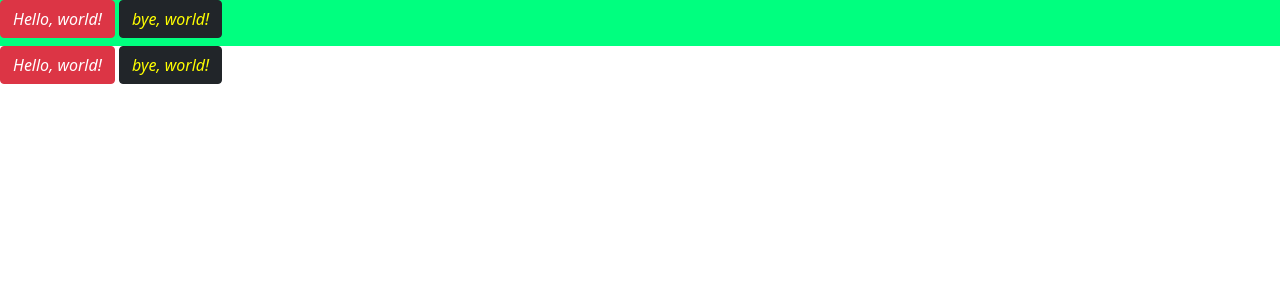
Repository: jaunnnngs/HackaTone
Page: http://localhost/StunProjects/
These files come from the project's save history. The page is drawn as it stood at one moment and after the next save; the edit follows.
The browser window is 1280 px wide. The pictures show the whole page.
The page is served by Tomcat 9. Other server files are loaded and not shown.

Above is the page before, as saved 2021-07-20 01:41:48.

### STUN_TEAM/StunProjects/src/main/webapp/index.jsp
<%@ page language="java" contentType="text/html; charset=UTF-8"
    pageEncoding="UTF-8"%>
<!doctype html>
<html lang="en">
  <head>
    <!-- Required meta tags -->
    <meta charset="utf-8">
    <meta name="viewport" content="width=device-width, initial-scale=1">

    <!-- Bootstrap CSS -->
    <link href="https://cdn.jsdelivr.net/npm/bootstrap@5.0.2/dist/css/bootstrap.min.css" rel="stylesheet" integrity="sha384-EVSTQN3/azprG1Anm3QDgpJLIm9Nao0Yz1ztcQTwFspd3yD65VohhpuuCOmLASjC" crossorigin="anonymous">

    <title>Hello, world!</title>

    <style>
    #hello /*아이디 설정  */
    {
    	color:white;
    }
    #bye
    {
    	color:yellow;
    }
    .btn/*클래스 설정  */
    {
    	font-style : italic
    }
    div.ldj
    {
    	background : springgreen
    }


    </style>
  </head>
  <body>
    <div class ="ldj">
    <h1 id="hello" class = "btn btn-danger">Hello, world!</h1>
    <h1 id="bye" class = "btn btn-dark">bye, world!</h1>
    </div>
    <div class ="lng">
    <h1 id="hello" class = "btn btn-danger">Hello, world!</h1>
    <h1 id="bye" class = "btn btn-dark">bye, world!</h1>
    </div>
    <!-- Optional JavaScript; choose one of the two! -->

    <!-- Option 1: Bootstrap Bundle with Popper -->
    <script src="https://cdn.jsdelivr.net/npm/bootstrap@5.0.2/dist/js/bootstrap.bundle.min.js" integrity="sha384-MrcW6ZMFYlzcLA8Nl+NtUVF0sA7MsXsP1UyJoMp4YLEuNSfAP+JcXn/tWtIaxVXM" crossorigin="anonymous"></script>

    <!-- Option 2: Separate Popper and Bootstrap JS -->
    <!--
    <script src="https://cdn.jsdelivr.net/npm/@popperjs/core@2.9.2/dist/umd/popper.min.js" integrity="sha384-IQsoLXl5PILFhosVNubq5LC7Qb9DXgDA9i+tQ8Zj3iwWAwPtgFTxbJ8NT4GN1R8p" crossorigin="anonymous"></script>
    <script src="https://cdn.jsdelivr.net/npm/bootstrap@5.0.2/dist/js/bootstrap.min.js" integrity="sha384-cVKIPhGWiC2Al4u+LWgxfKTRIcfu0JTxR+EQDz/bgldoEyl4H0zUF0QKbrJ0EcQF" crossorigin="anonymous"></script>
    -->
  </body>
</html>

After the next save:
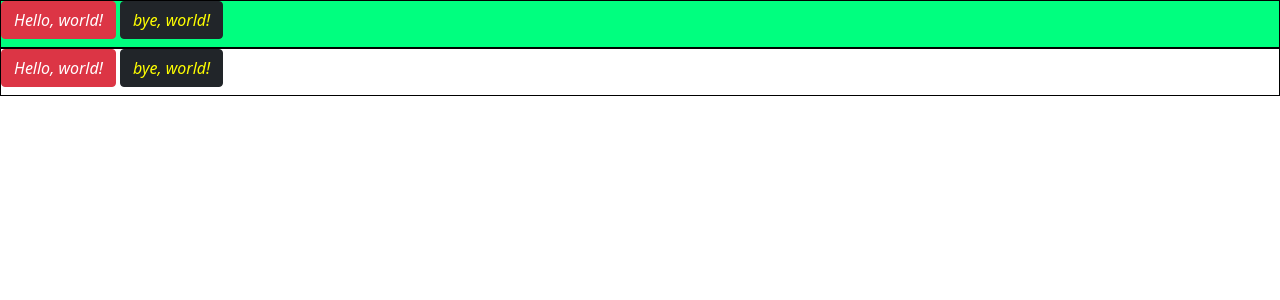
Saved 39 s later.
--- a/STUN_TEAM/StunProjects/src/main/webapp/index.jsp
+++ b/STUN_TEAM/StunProjects/src/main/webapp/index.jsp
@@ -29,6 +29,10 @@
     {
     	background : springgreen
     }
+    div
+    {
+    	border : 1px solid black
+    }
 
 
     </style>
